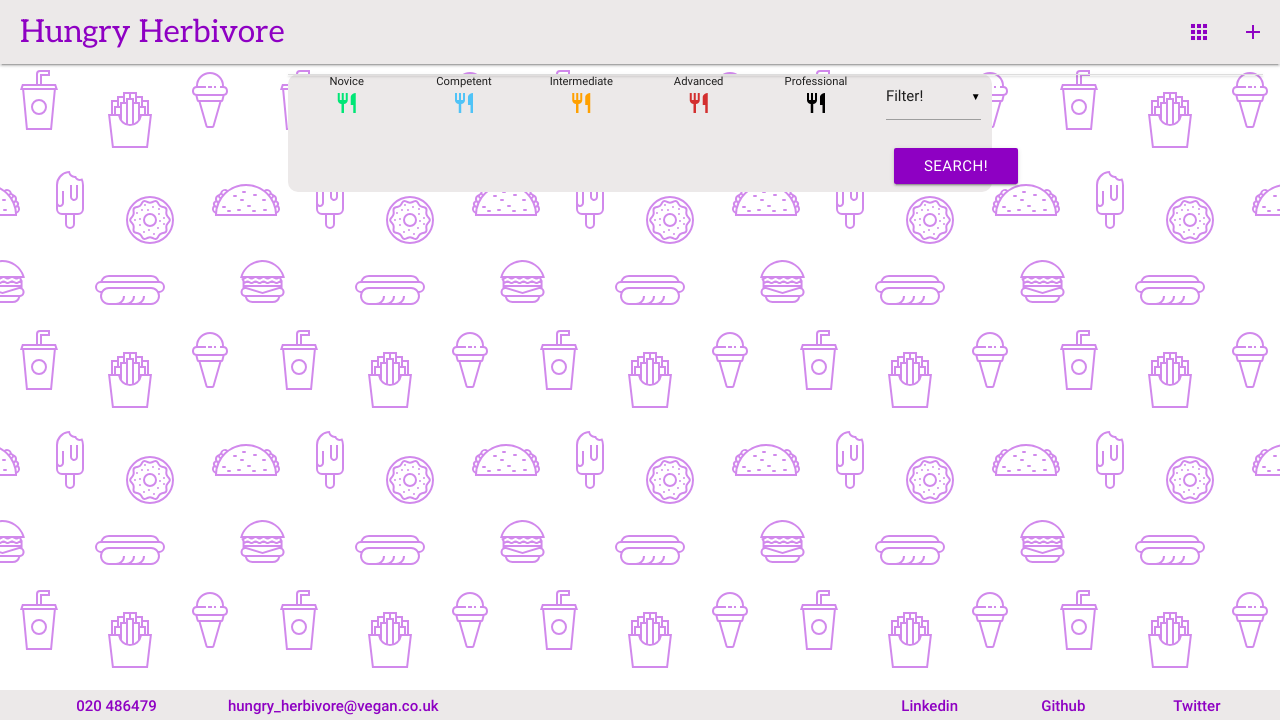
Repository: tgarratt/HungryHerbivore-Milestone3
Page: templates/recipes.html
The author's editor kept a record of every edit. The page is drawn from the files as they stood at one moment, then again after the next edit.
The browser window is 1280 px wide. The pictures show the whole page.
The template is drawn by Flask 3. The application's start-up code is not run. Other server files are loaded and not shown. The template is opened directly, without the code that normally fills it, so the values that code supplies are empty.

Above is the page before.

### templates/recipes.html
{% extends 'parent.html'%} {% block content %}

<div class="key-content mobile-key row">
    <div class="col m2 key-info key-width key-text">
        <div class="mobile-key-text-novice">Novice</div>
        <i class="material-icons novice mobile-hide">restaurant</i>
    </div>
    <div class="col m2 key-info key-width key-text">
        <div class="mobile-key-text-competent"> Competent</div>
        <i class="material-icons competent mobile-hide">restaurant</i>
    </div>
    <div class="col m2 key-info key-width key-text">
        <div class="mobile-key-text-intermediate"> Intermediate</div>
        <i class="material-icons intermediate mobile-hide">restaurant</i>
    </div>
    <div class="col m2 key-info key-width key-text">
        <div class="mobile-key-text-advanced"> Advanced</div>
        <i class="material-icons advanced mobile-hide">restaurant</i>
    </div>
    <div class="col m2 key-info key-width key-text">
        <div class="mobile-key-text-professional"> Professional</div>
        <i class="material-icons professional mobile-hide">restaurant</i>
    </div>
    <div>
        <div class="col m2 .key-info key-text">
            <form action="{{url_for('filter')}}" method="post">
                <div>
                    <select name="difficulty-filter" id="difficulty-filter" required>
                    <option value="" disabled selected>Filter!</option>
                    <option value="1">novice</option>
                    <option value="2">competent</option>
                    <option value="3">intermediate</option>
                    <option value="4">advanced</option>
                    <option value="5">professional</option>
                </select>
                </div>
                <div>
                    <button class="btn waves-effect waves-light buttons buttons-hover key-submit" type="submit" name="action">Search!</button>
                </div>
            </form>

    </div>
</div>

<div class="page-content-recipes">
    <ul class="collapsible" data-collapsible="accordion">
        {% for recipe in recipes %}
        <li>
            <div class="collapsible-header row">
                <div class="col l1">
                    <i class="col s1 material-icons icon-size
                {% if recipe.difficulty == " 1 " %}
                green-text text-accent-3
                {% elif recipe.difficulty == "2 " %}
                light-blue-text text-lighten-2
                {% elif recipe.difficulty == "3 " %}
                amber-text text-darken-2
                {% elif recipe.difficulty == "4 " %}
                red-text text-darken-2
                {% elif recipe.difficulty == "5 " %}
                black-text
                {% endif %}">restaurant </i>
                </div>
                <div class="col l7">
                    <strong>{{recipe.meal_name}}</strong> - {{recipe.meal_time}}
                </div>
                <div class="col l2">
                    <a href="{{url_for('view_recipe', recipe_id=recipe._id)}}" class="waves-effect waves-light btn buttons buttons-hover">Recipe</a>
                </div>
                <div class="col l2">
                    <a href="{{url_for('modify_recipe', recipe_id=recipe._id)}}" class="waves-effect waves-light btn buttons buttons-hover">Modify</a>
                </div>
            </div>
            <div class="collapsible-body">
                <span>
                <div>
                    <div><strong>Comments:</strong></div>
                    <div>{{recipe.meal_comment}}</div>
                </div>
            </span>
            </div>
        </li>
        {% endfor %}
    </ul>
</div>

{% endblock %}

### templates/parent.html
<!DOCTYPE html>
<html>

<head>
    <link href="https://fonts.googleapis.com/icon?family=Material+Icons" rel="stylesheet">
    <link href='https://fonts.googleapis.com/css?family=Aleo' rel='stylesheet'>
    <link rel="stylesheet" href="https://cdnjs.cloudflare.com/ajax/libs/materialize/0.100.2/css/materialize.min.css">
    <link rel="stylesheet" href="{{url_for('static', filename='css/style.css')}}" type="text/css" />
</head>

<body>
    <header>
        <nav class="nav-color">
            <div class="nav-wrapper">
                <a href="{{url_for('get_recipes')}}" class="brand-logo nav-text nav-logo">Hungry Herbivore</a>
                <ul class="right hide-on-med-and-down">
                    <li><a href="{{url_for('get_recipes')}}"><i class="material-icons nav-text">apps</i></a></li>
                    <li><a href="{{url_for('add_recipe')}}"><i class="material-icons nav-text">add</i></a></li>
                </ul>
            </div>
        </nav>
    </header>
    {% block content %} {% endblock %}
    <div>
        <footer>
            <div class="footer-text row">
                <div class="col s4 m4 row">
                    <div class="col m6 mobile-hide">020 486479</div>
                    <div class="col s12 m6">hungry_herbivore@vegan.co.uk</div>
                </div>
                <div class="col s0 m4 "></div>
                <div class="col s8 m4 row">
                    <a href="https://www.linkedin.com/in/tom-garratt-303284168/" target="_blank">
                        <div class="col s6 m4 footer-hover footer-link">
                            Linkedin
                        </div>
                    </a>
                    <a href="https://github.com/tgarratt" target="_blank">
                        <div class="col s6 m4 footer-hover footer-link">
                            Github
                        </div>
                    </a>
                    <a href="N/A" target="_blank">
                        <div class="col m4 footer-hover footer-link mobile-hide">
                            Twitter
                        </div>
                    </a>
                </div>
            </div>
        </footer>
    </div>
    <script src="https://cdnjs.cloudflare.com/ajax/libs/jquery/3.4.1/jquery.min.js" integrity="sha256-CSXorXvZcTkaix6Yvo6HppcZGetbYMGWSFlBw8HfCJo=" crossorigin="anonymous"></script>
    <script src="https://cdnjs.cloudflare.com/ajax/libs/materialize/0.100.2/js/materialize.min.js"></script>
    <script type="text/javascript" src="display/js/main.js"></script>
    <script type="text/javascript">
        $(document).ready(function() {
            $('.collapsible').collapsible();
            $('select').material_select();
        });
    </script>
</body>

</html>

### static/css/style.css
/*--------------------------------------------- MAIN TAG CLASSES */

body {
    background-color: #ffffff;
    background-image: url("data:[embedded picture, 9922 characters]");
    padding-bottom: 30px;
    margin: 0px;
}

/*--------------------------------------------- GENERAL */

.page-content {
    background-color: #ECE9E9;
    margin-top: 10px;
    margin-bottom: 10px;
    margin-left: auto;
    margin-right: auto;
    width: 65em;
    border-radius: 25px;
}

.page-content-recipes {
    background-color: #ECE9E9;
    margin-top: 10px;
    margin-bottom: 10px;
    margin-left: auto;
    margin-right: auto;
    width: 65em;
}

.buttons {
    margin: 8px;
    background-color: #8E00C3 !important;
}

.buttons-hover:hover {
    background-color: #ECE9E9 !important;
    color: #8E00C3;
    transition: 0.5s;
}

.key-width {
    width: 20%
}

.margin-auto {
    margin: 0 auto;
}

.float-right {
    float: right;
}

/*--------------------------------------------- NAV BAR */

.nav-logo {
    font-family: 'Aleo';
    margin-left: 20px;
}

.nav-text {
    color: #8E00C3 !important;
}

.nav-icon {
    font-size: 25px;
}

.nav-color {
    background-color: #ECE9E9 !important;
}

/*--------------------------------------------- RECIPES */

.icon-size {
    font-size: 150%;
}

/*--------------------------------------------- KEY */

.novice {
    color: #00e676 !important;
}

.competent {
    color: #4fc3f7 !important;
}

.intermediate {
    color: #ffa000 !important;
}

.advanced {
    color: #d32f2f !important;
}

.professional {
    color: #000000 !important;
}

.key-content {
    background-color: #ECE9E9;
    margin-top: 10px;
    margin-bottom: 10px;
    margin-left: auto;
    margin-right: auto;
    width: 55%;
    border-radius: 10px;

}

.key-info {
    font-size: 75%;
    margin: 0 auto;
    display: inline-block;
    text-align: center;
}

.search-button {
    width: 25px !important;
    height: 13px !important;

}

.search-form {
    margin-top: 10px;
    margin-bottom: 10px;
    margin-left: auto;
    margin-right: auto;
    width: 20%;
    border-radius: 25px;
}

/*--------------------------------------------- MODIFY RECIPE */

.button-delete {
    margin: 8px;
    background-color: #bb2124!important;
}

.delete-interact:hover {
    background-color: #F92E32 !important;
}

/*--------------------------------------------- VIEW RECIPE */

.recipe-header {
    text-align: center;
    margin: 15px;
    border-radius: 25px;
}

.recipe-content {
    margin: 20px;
    background-color: #DADADA;
    border-radius: 25px;
    border: 10px;
}

.recipe-element {
    margin-top: 5px;
    margin-bottom: 5px;
}

/*--------------------------------------------- FOOTER */

footer {
    width: 100%;
    background-color: #ECE9E9;
    color: #8E00C3;
    position: fixed;
    left: 0px;
    bottom: 0px;
    height: 30px;
}

.footer-text {
    text-align: center;
    font-weight: 500;
    margin: 5px;
}

.footer-hover:hover {
    color: #BB2FF1 !important;
}

.footer-link {
    text-decoration: none;
    color: #8E00C3 !important;
}

/*--------------------------------------------- MEDIA */

/*---------------------------------- MOBILE */

@media(max-width: 767px) {
    .mobile-key-text-novice {
        color: #00e676 !important;
    }
    .mobile-key-text-competent {
        color: #4fc3f7 !important;
    }
    .mobile-key-text-intermediate {
        color: #ffa000 !important;
    }
    .mobile-key-text-advanced {
        color: #d32f2f !important;
    }
    .mobile-key-text-professional {
        color: #000000 !important;
    }
    .mobile-hide {
        display: none;
    }
    .mobile-key {
        width: 90%;
        font-size: 20px;
    }

}

Loaded but not shown: static/js/main.js (no copy from this time; the picture is the same without it)

After the next edit:
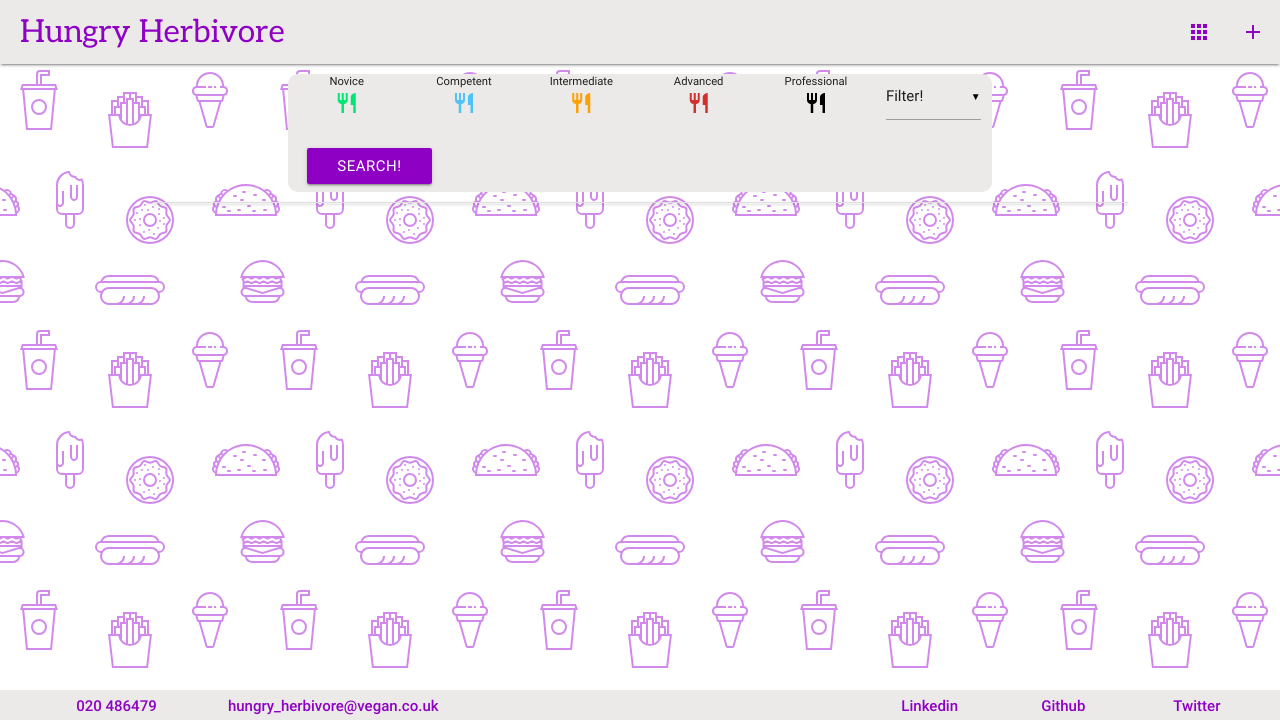
The edit:
--- a/templates/recipes.html
+++ b/templates/recipes.html
@@ -34,10 +34,11 @@
                     <option value="5">professional</option>
                 </select>
                 </div>
-                <div>
-                    <button class="btn waves-effect waves-light buttons buttons-hover key-submit" type="submit" name="action">Search!</button>
-                </div>
-            </form>
+        </div>
+        <div class= "col m1">
+            <button class="btn waves-effect waves-light buttons buttons-hover key-submit" type="submit" name="action">Search!</button>
+        </div>
+        </form>
 
     </div>
 </div>
